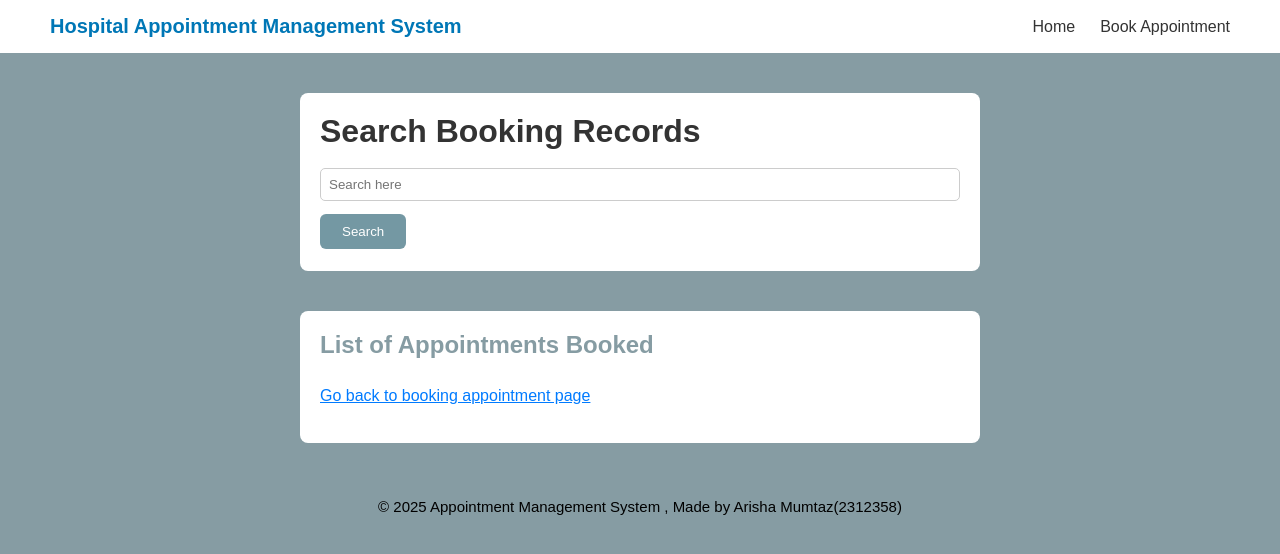
Repository: Arisha004/hospital-management-midterm-
Page: http://localhost/list.php
These files come from the project's save history. The page is drawn as it stood at one moment and after the next save; the edit follows.
The browser window is 1280 px wide. The pictures show the whole page.
The pointer rests on the first visible `button`.
The page is run by PHP 8.4 with error messages shown; the project is at /var/www/html/. Queries for data that is not in the repository find no rows.

Above is the page before, as saved 2025-11-02 21:03:42.

After the next save:
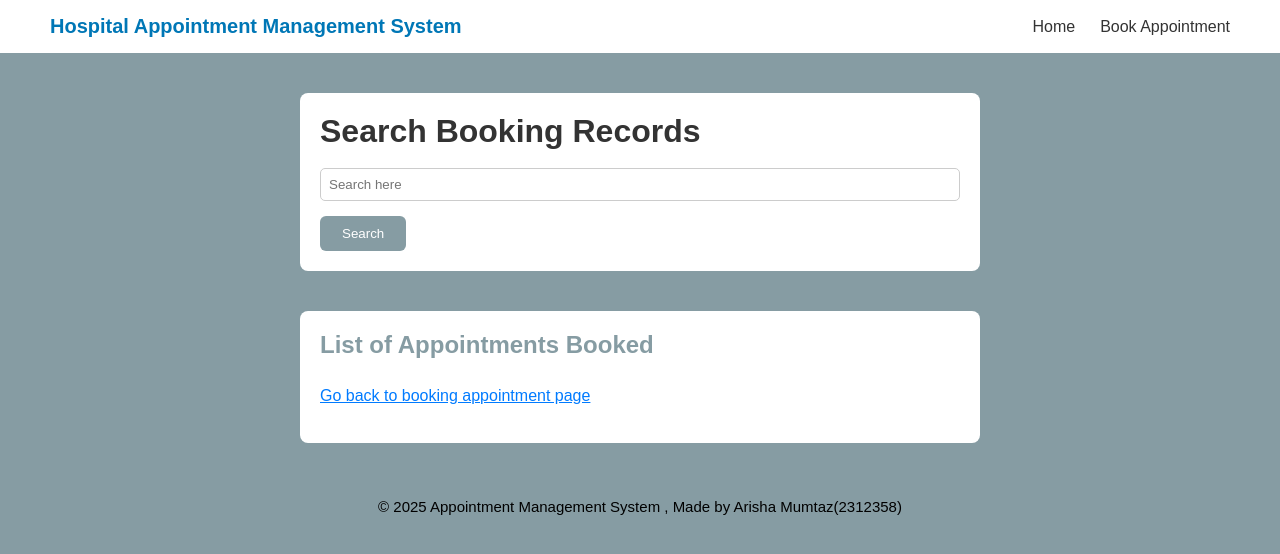
Saved 6 s later.
--- a/style2.css
+++ b/style2.css
@@ -89,10 +89,7 @@ label span {
    text-align: center;
 }
 
-button:hover {
-  background-color: #7498a3;
-  transform: translateY(-2px);
-}
+
 
   input[type=submit] {
       background-color: #007bff;
